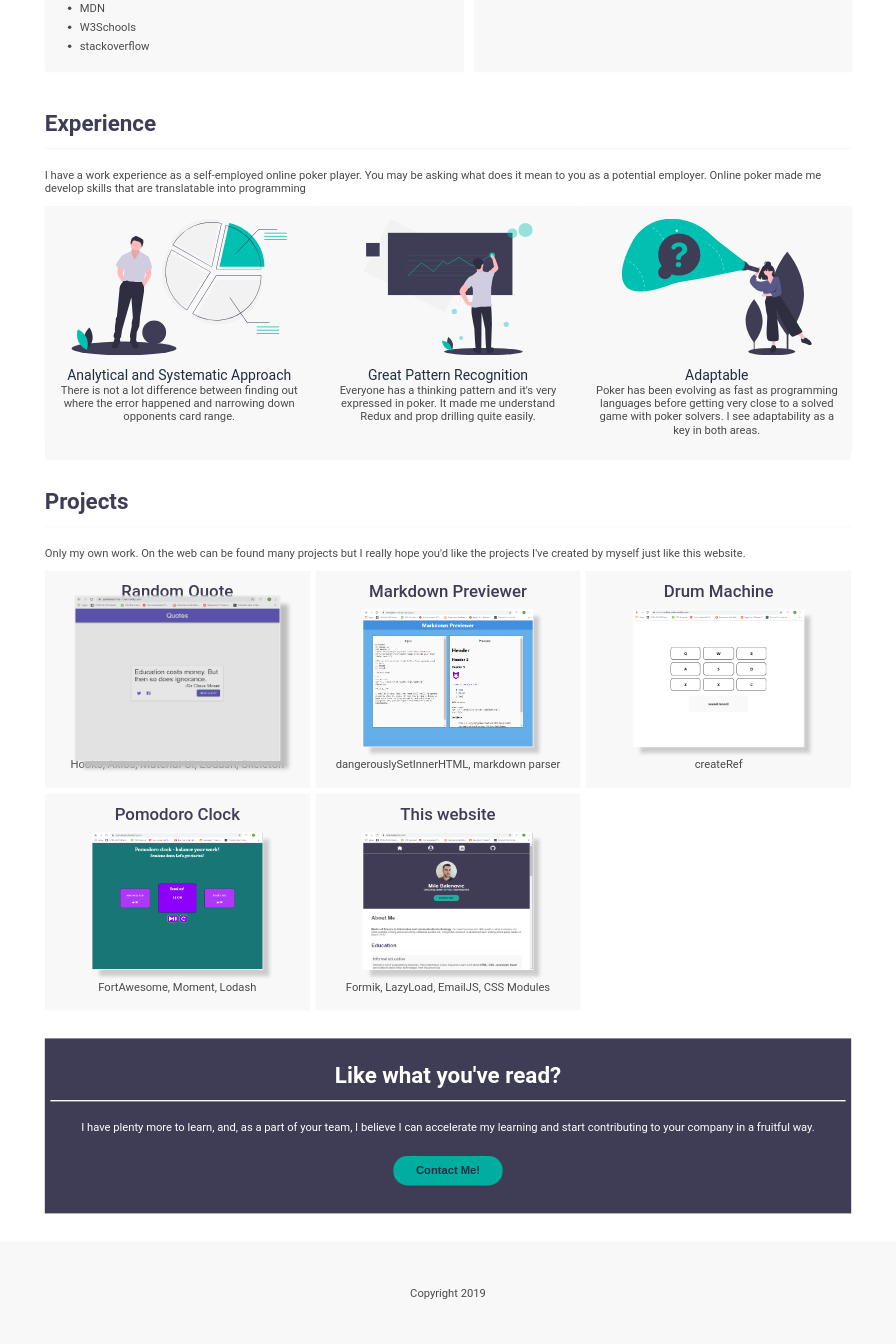
Repository: milac0/my-website
Page: /
An editor plug-in stored every save of this project. The page is shown before and after the next save, followed by the edit.
The browser window is 1280 px wide. The pictures show the part of the page from y = 929 to 2849 px (the page is 2849 px tall), at 70% of full size.
The pointer rests on the first visible `.project-image`.
The project was rebuilt for these pictures with package versions that can differ from the ones it lists, and the page was loaded fresh each time. Also part of the build but not shown: src/components/formContact.module.css, src/components/FormContact.js, src/pages/contact.module.css, src/pages/Contact.js. Imported but missing from the stored project, and not drawn on this page: src/resume.pdf.

Above is the page before, as saved 2019-10-31 12:59:11.

### public/index.html
<!DOCTYPE html>
<html lang="en">
  <head>
    <meta charset="utf-8" />
    <link rel="icon" href="%PUBLIC_URL%/favicon.ico" />
    <meta name="viewport" content="width=device-width, initial-scale=1" />
    <meta name="theme-color" content="#000000" />
    <meta
      name="description"
      content="Web site created using create-react-app"
    />
    <!--
      manifest.json provides metadata used when your web app is installed on a
      user's mobile device or desktop. See https://developers.google.com/web/fundamentals/web-app-manifest/
    -->
    <link rel="manifest" href="%PUBLIC_URL%/manifest.json" />
    <!--
      Notice the use of %PUBLIC_URL% in the tags above.
      It will be replaced with the URL of the `public` folder during the build.
      Only files inside the `public` folder can be referenced from the HTML.

      Unlike "/favicon.ico" or "favicon.ico", "%PUBLIC_URL%/favicon.ico" will
      work correctly both with client-side routing and a non-root public URL.
      Learn how to configure a non-root public URL by running `npm run build`.
    -->
    <title>Mile Balenovic</title>
  </head>
  <body>
    <noscript>You need to enable JavaScript to run this app.</noscript>
    <div id="root"></div>
    <!--
      This HTML file is a template.
      If you open it directly in the browser, you will see an empty page.

      You can add webfonts, meta tags, or analytics to this file.
      The build step will place the bundled scripts into the <body> tag.

      To begin the development, run `npm start` or `yarn start`.
      To create a production bundle, use `npm run build` or `yarn build`.
    -->
  </body>
</html>

### src/index.css
html, body {
  height: 100%;
}

body {
  margin: 0;
  font-family: 'Roboto', sans-serif;
  -webkit-font-smoothing: antialiased;
  -moz-osx-font-smoothing: grayscale;
}

/*****
  Navbar & Hero
*****/

header,
.hero {
  background:#3F3D56;
  border-bottom: 0.1px solid #ffffff;
  text-align: center;
}

.hero {
  margin-bottom: 2em;
}

.container {
  width: 90%;
  max-width: 1200px;
  margin: 0 auto;
}

nav li {
  list-style: none;
  max-width: 400px;
  margin: 0 auto;
  display: flex;
  justify-content: space-evenly;
  align-items: center;
}

.nav-item:hover {
  filter: invert(0.1);
}
nav ul {
  padding: 0;
}

.hero {
  margin-bottom: 2.5em;
}

.hero-profile {
  padding: 3em 0;
}

.hero-profile-image {
  width: 128px;
  height: 128px;
  background-color: #F8F8F9;
  margin: 0 auto;
  margin-bottom: 0.5em;
  border-radius: 50%;
}

.hero-profile-title,
.hero-profile-subtitle {
  color: #ffffff;
}

.hero-profile h1 {
  margin: 0;
  font-size: 2rem;
}

.hero-profile p {
  font-size: 1rem;
  margin: 0;
  margin-top: -0.25rem;
  margin-bottom: 1.5em;
}

.hero-profile-subtitle strong {
  font-weight: 700;
  color: #61dafb;
}

.button-cta,
.button-home {
  background: #00AEA0;
  color: #1f2e3f;
  padding: 0.75em 2em;
  border: none;
  border-radius: 20px;
  font-size: 1rem;
  font-weight: 700;
  text-decoration: none;
}

.button-cta:hover,
.button-cta:focus {
  background: #00C1B1;
  color: #1f2e3f;
  cursor: pointer;

}

.button-home {
  background: #ffffff;
  border: 2px solid #1f2e3f;
  padding: 0.3em 1em;
}

.button-home:hover,
.button-home:focus {
  border: 2px solid #ffffff;
 filter: invert(0.1);
}

/*****
  Typography
*****/

h1 {
  color: #3F3D56;
}

h2 {
  color: #3F3D56;
  font-size: 1.5rem;
  font-weight: 500;
  margin: 0;
}

p,
ul {
  color: #4a4a4a;
}

.section-skill h2 {
  color: #1F2E3F;
  font-size: 1.25rem;
  font-weight: 400;
  margin: 0;
}

.section-body {
  font-size: 1rem;
  margin-bottom: 1em;
}

#section-cta .section-title,
#section-cta .section-body {
  color: #ffffff;
}

/*****
  Layout
*****/
section {
  margin-bottom: 2.5em;
}

.section-title {
  border-bottom: 2px solid #F8F8F9;
  font-size: 2rem;
  padding-bottom: 0.5em;
}

.article-education,
.section-skill {
  box-shadow: 2px 2px #F8F8F9;
  border: 2px solid #F8F8F9;
  margin-bottom: 1em;
  padding: 0.5em;
}

.article-education li{
  margin-bottom: 0.5em;
}

.section-skill {
  background: #F8F8F9;
  text-align: center;
}

.section-skill p {
  margin: 0;
}

.responsive-container {
    width: 100%;
    padding-bottom: 56.25%; /* 9/16 = aspect ratio of image */
    position: relative;
    margin: 0 auto 1em auto;
}

.section-skill-image,
.project-image {
  height: 100%;
  width: 100%;
  position: absolute;
  left: 0;
  right: 0;
  margin: auto;
}

article {
  background: #F8F8F9;
   padding: 1em;
  margin-bottom: 0.5em;
}

article p {
  margin-top: 1em;
  margin-bottom: 0.5em;
}

article h2 {
  margin-bottom: 0.5em;
}

.projects article {
  text-align: center;
}

.project-image {
  width: 70%;
  top: 0;
  bottom: 0;
  margin: auto;
  cursor: pointer;
  border: 1px solid #fff;
  box-shadow: 10px 10px 5px #ccc;
}

.project-image:hover {
  filter: invert(0.1);
  transform: scale(1.2);
}

#section-cta {
  padding-bottom: 5em;
  background: #3F3D56;
}

#section-cta{
  text-align: center;
  padding: 0.5em;
}

#section-cta .button-cta {
  margin: 1em 0 2em 0;
}

footer {
  background: #F8F8F9;
  padding: 3em 0;
  width: 100%;
  text-align: center;
  flex-shrink: 0;
}

.invalid-feedback {
  color: #D8000C;
  font-size: 0.75rem;
  font-family: 'Roboto', sans-serif;
}

@media (min-width: 752px) {
  nav li {
    max-width: 100%;
    margin: 0 auto;
    display: flex;
    justify-content: flex-end;
    align-items: center;
    position: relative;
  }

  nav ul {
    margin-left: 3em;
  }

  .nav-home-item {
    position: absolute;
    left: 0;
    margin: 0;
  }

  .articles-education {
    display: flex;
    flex-direction: row;
    justify-content: space-between;
  }

  .education-one {
    margin-right: 0.5em;
  }

  .education-two {
    margin-left: 0.5em;
  }

  .section-skills {
    background: #F8F8F9;
    display: flex;
    flex-direction: row;
    align-items: baseline;
  }
  .section-skill {
    flex: 1 1 200px;
    padding: 1em;
  }
  .projects {
    display: grid;
    grid-template-columns: repeat(2, 1fr);
    grid-gap: 0.5em;
   }
   .projects article {
    margin: 0;
}
}

@media (min-width:1040px) {
  .projects {
    grid-template-columns: repeat(3, 1fr);
   }
}

### src/App.js
import React from 'react';
import {
  BrowserRouter as Router,
  Switch,
  Route,
} from "react-router-dom";
import Home from './pages/Home'
import Contact from './pages/Contact';

function App() {
  return (
      <Router>
        <Switch>
        <Route path ="/" exact component={Home} />
        <Route path ="/contact" component={Contact} />
        </Switch>
      </Router>

  );
}

export default App;

### src/pages/Home.js
import React, { Fragment } from "react";
import Navbar from "../components/Navbar";
import Hero from "../components/Hero";
import AboutMe from "../components/AboutMe";
import Education from "../components/Education";
import Experience from "../components/Experience";
import Projects from "../components/Projects";
import SectionCTA from "../components/SectionCTA";
import Footer from "../components/Footer";

const Home = () => {
  return (
    <Fragment>
      <Navbar />
      <Hero />
      <main>
        <div className="container">
          <AboutMe />
          <Education />
          <Experience />
          <Projects />
          <SectionCTA />
        </div>
      </main>
      <Footer />
    </Fragment>
  );
};

export default Home;

### src/components/Navbar.js
import React from "react";
import { Link } from "react-router-dom";

import resumeIcon from "../images/resume.png";
import linkedinIcon from "../images/linkedin.png";
import githubIcon from "../images/github.png";
import homeIcon from "../images/home.png";
import resumePdf from "../resume.pdf";

//mui
import Tooltip from "@material-ui/core/Tooltip";

const Navbar = () => {
  return (
    <header>
      <div className="container">
        <nav>
          <li>
            <ul className="nav-home-item">
              <Tooltip title="Home">
                <Link to="/">
                  <img className="nav-item" src={homeIcon} alt="home" />
                </Link>
              </Tooltip>
            </ul>
            <ul>
              <Tooltip title="Resume">
                <a href={resumePdf} download target="_self">
                  <img className="nav-item" src={resumeIcon} alt="resume" />
                </a>
              </Tooltip>
            </ul>
            <ul>
              <Tooltip title="Linkedin">
                <a
                  href="https://www.linkedin.com/in/mile-balenovi%C4%87-a4ab9188/"
                  target="_blank"
                  rel="noopener noreferrer"
                >
                  <img className="nav-item" src={linkedinIcon} alt="linkedin" />
                </a>
              </Tooltip>
            </ul>
            <ul>
              <Tooltip title="Github">
                <a
                  href="https://github.com/milac0"
                  target="_blank"
                  rel="noopener noreferrer"
                >
                  <img className="nav-item" src={githubIcon} alt="github" />
                </a>
              </Tooltip>
            </ul>
          </li>
        </nav>
      </div>
    </header>
  );
};

export default Navbar;

### src/components/Hero.js
import React from "react";
import { Link } from "react-router-dom";
import profileImg from "../images/profile.png";

const Hero = () => {
  return (
    <div className="hero">
      <div className="container">
        <div className="hero-profile">
          <div className="hero-profile-image">
            <img src={profileImg} alt="profile" />
          </div>
          <h1 className="hero-profile-title">Mile Balenovic</h1>
          <p className="hero-profile-subtitle">
            Switching career to <strong>React</strong> development
          </p>
          <Link to="/contact">
            <button className="button-cta">Contact Me!</button>
          </Link>
        </div>
      </div>
    </div>
  );
};

export default Hero;

### src/components/AboutMe.js
import React from "react";

const AboutMe = () => {
  return (
    <section>
      <h1 className="section-title">About Me</h1>
      <p className="section-body">
        <strong>
          Master of Science in Information and Communication Technology.
        </strong>{" "}
        Constant learning and skill growth motivate me, while problem-solving
         and overcoming obstacles excite me. Completely involved
        in JavaScript upon ending online poker career in March 2019.
      </p>
    </section>
  );
};

export default AboutMe;

### src/components/Education.js
import React from "react";

const Education = () => {
  return (
    <section>
      <h1 className="section-title">Education</h1>
      <div className="articles-education">
      <article className="article-education education-one">
        <h2>Informal Education</h2>
        <p>
          Internet is full of programming materials. Sites listed down below
          helped me learn a lot about
          <strong> HTML</strong>, <strong>CSS</strong>,{" "}
          <strong>JavaScript</strong>,<strong> React</strong> and a little bit
          about other technologies from the ground up
        </p>
        <ul>
          <li>freeCodeCamp.org</li>
          <li>Udemy courses from Andrew Mead and Maximilian Schwarzmüller</li>
          <li>
            Youtube tutorials from channels: classNameed, The Net Ninja, Travery
            Media{" "}
          </li>
          <li>MDN</li>
          <li>W3Schools</li>
          <li>stackoverflow</li>
        </ul>
      </article>
      <article className="article-education education-two">
        <h2>Formal Education</h2>
        <ul>
          <li>
            <strong>
              University of Zagreb, Faculty of Electrical Engineering and
              Computing
            </strong>
            , Master of Science in Information and Communication Technology -
            Oct 2011 - Sep 2014
          </li>
          <li>
            <strong>
              University of Zagreb, Faculty of Electrical Engineering and
              Computing
            </strong>
            , Bachelor of Science in Computing - Oct 2008 - Jun 2011
          </li>
          <li>
            <strong>Technical School of Ruđer Bošković</strong> - Sep 2004 - May
            2008
          </li>
        </ul>
      </article>
      </div>
    </section>
  );
};

export default Education;

### src/components/Experience.js
import React from "react";
import analyticalImg from "../images/analytical.svg";
import patternImg from "../images/pattern.svg";
import adaptableImg from "../images/adaptable.svg";
import Skill from "./Skill";

const Experience = () => {
  return (
    <section>
      <h1 className="section-title">Experience</h1>
      <p className="section-body">
        I have a work experience as a self-employed online poker player. You may
        be asking what does it mean to you as a potential employer. Online poker
        made me develop skills that are translatable into programming
      </p>
      <div className="section-skills">
        <Skill
          title="Analytical and Systematic Approach"
          body="There is not a lot difference between finding out where the error
            happened and narrowing down opponents card range."
          src={analyticalImg}
          alt="analytical"
        />
        <Skill
          title="Great Pattern Recognition"
          body="Everyone has a thinking pattern and it's very expressed in poker. It
            made me understand Redux and prop drilling quite easily."
          src={patternImg}
          alt="pattern"
        />
        <Skill
          title="Adaptable"
          body="Poker has been evolving as fast as programming languages before
            getting very close to a solved game with poker solvers. I see
            adaptability as a key in both areas."
          src={adaptableImg}
          alt="adaptable"
        />
      </div>
    </section>
  );
};

export default Experience;

### src/components/Projects.js
import React from "react";
import LazyLoad from "react-lazyload";
import Project from "./Project";
import quoteImg from "../images/quote.PNG";
import markdownImg from "../images/markdown.PNG";
import pomodoroImg from "../images/pomodoro.PNG";
import drumImg from "../images/drum.PNG";
import thissiteImg from "../images/thissite.PNG";

const Projects = () => {
  return (
    <section>
      <h1 className="section-title">Projects</h1>
      <p className="section-body">
        Only my own work. On the web can be found many projects but I really
        hope you'd like the projects I've created by myself just like this
        website.
      </p>
      <div className="projects">
        <Project
          title="Random Quote"
          href="https://quotemachine-milac.netlify.com/"
          src={quoteImg}
          alt="quote-machine"
          body="Hooks, Axios, Material-UI, Lodash, Skeleton"
        />
        <Project
          title="Markdown Previewer"
          href="https://markdown-milac.netlify.com/"
          src={markdownImg}
          alt="markdown-previewer"
          body="dangerouslySetInnerHTML, markdown parser"
        />
        <Project
          title="Drum Machine"
          href="https://drummachine-milac.netlify.com/"
          src={drumImg}
          alt="drum-machine"
          body="createRef"
        />
        <Project
          title="Pomodoro Clock"
          href="https://pomodoro-clo.netlify.com/"
          src={pomodoroImg}
          alt="pomodoro clock"
          body="FortAwesome, Moment, Lodash"
        />
        <Project
          href="https://mile-balenovic.com/"
          title="This website"
          src={thissiteImg}
          alt="this website"
          body="Formik, LazyLoad, EmailJS, CSS Modules"
        />
      </div>
    </section>
  );
};

export default Projects;

### src/components/SectionCTA.js
import React from "react";
import { Link } from "react-router-dom";

const SectionCTA = () => {
  return (
    <section id="section-cta">
      <h1 className="section-title">Like what you've read?</h1>
      <p className="section-body">
        I have plenty more to learn, and, as a part of your team, I believe I can
        accelerate my learning and start contributing to your company in a fruitful way.
      </p>
      <Link to="/contact">
        <button className="button-cta">Contact Me!</button>
      </Link>
    </section>
  );
};

export default SectionCTA;

### src/components/Footer.js
import React from "react";

const Footer = () => {
  return (
    <footer>
      <p> Copyright 2019</p>
    </footer>
  );
};

export default Footer;

### src/components/Skill.js
import React from "react";
import LazyLoad from "react-lazyload";

const Skill = ({ title, body, src, alt }) => {
  return (
    <div className="section-skill">
      <div className="section-skill-image-container">
        <div className="responsive-container">
          <LazyLoad>
            <img
              className="section-skill-image"
              src={src}
              alt={alt}
            />
          </LazyLoad>
        </div>
      </div>
      <h2>{title}</h2>
      <p>{body}</p>
    </div>
  );
};

export default Skill;

### src/components/Project.js
import React from 'react';
import LazyLoad from 'react-lazyload'

const Project = ({ title, body, src, alt, href}) => {
    return (
        <article>
          <h2>{title}</h2>
          <a
            href={href}
            target="_blank"
            rel="noopener noreferrer"
          >
            <div className="responsive-container">
              <LazyLoad>
                <img
                  className="project-image"
                  src={src}
                  alt={alt}
                />
              </LazyLoad>
            </div>
          </a>
          <p>{body}</p>
        </article>
    );
};

export default Project;

Loaded but not shown: src/index.js (common file); public/manifest.json (common file)

After the next save:
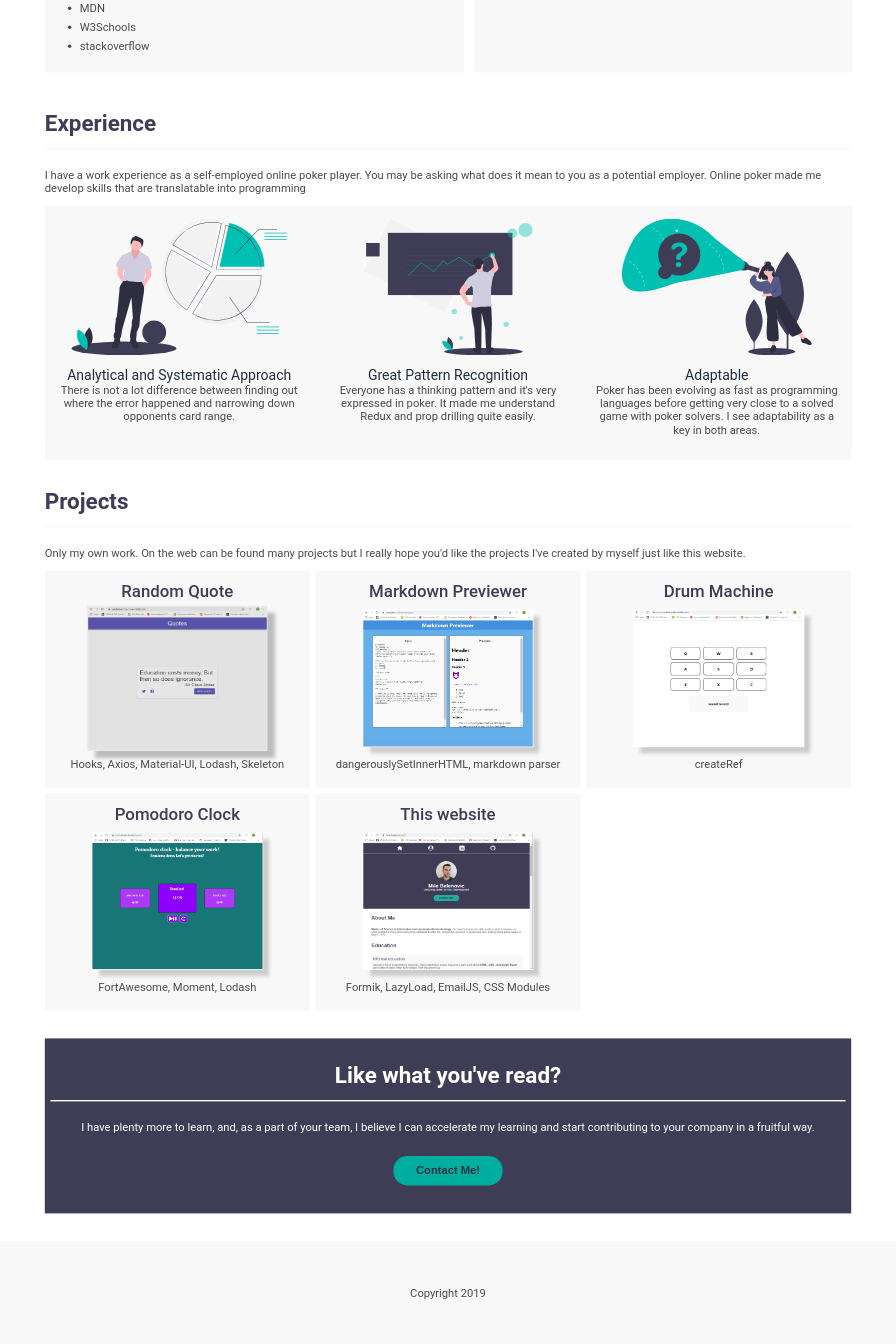
Saved 8 s later.
--- a/src/index.css
+++ b/src/index.css
@@ -236,7 +236,7 @@ article h2 {
 
 .project-image:hover {
   filter: invert(0.1);
-  transform: scale(1.2);
+  transform: scale(1.05);
 }
 
 #section-cta {
